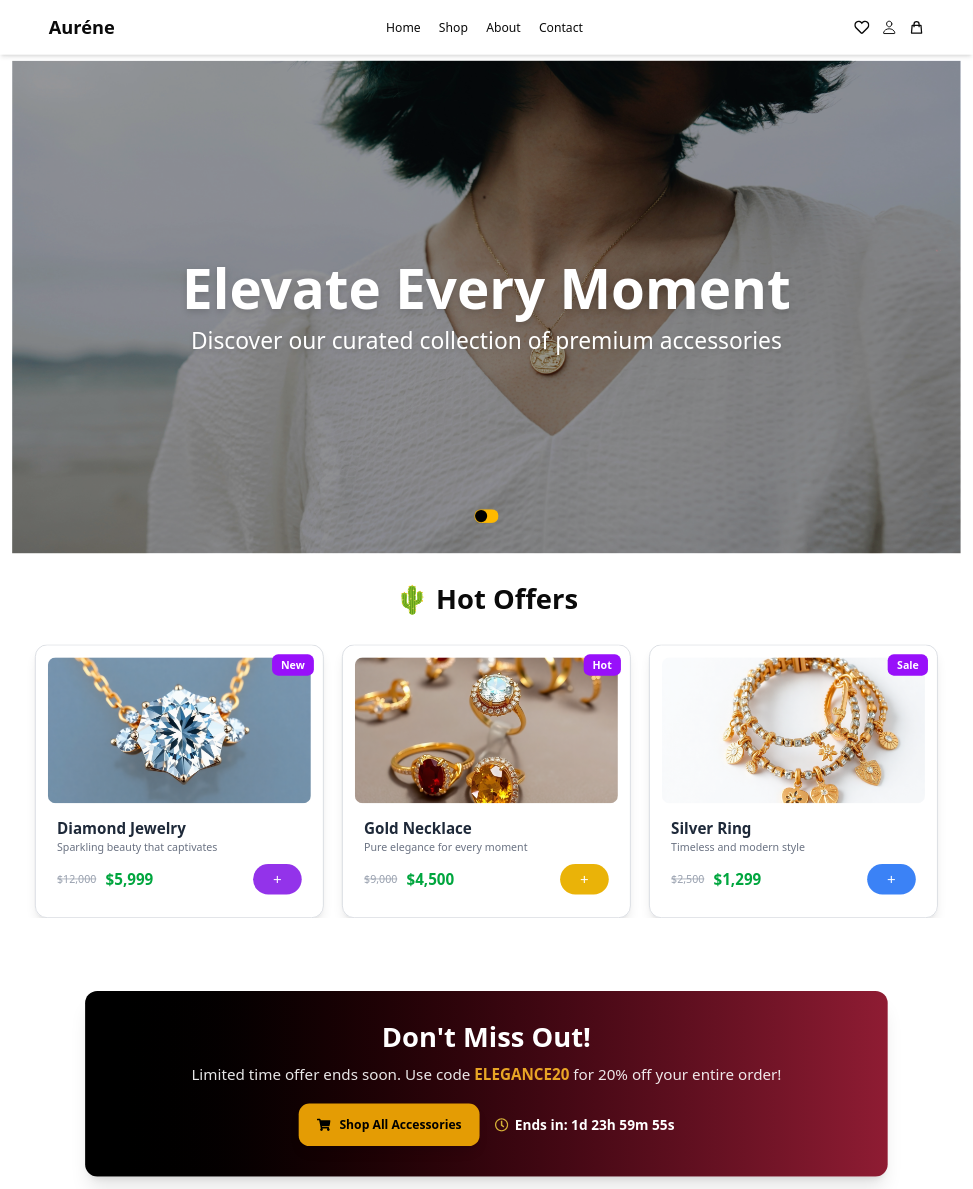
Repository: oehab30/Aur-ne-e-commerce-
Page: /
These files come from the project's save history. The page is drawn as it stood at one moment and after the next save; the edit follows.
The browser window is 1280 px wide. The pictures show the whole page, at 76% of full size.
The project was rebuilt for these pictures with package versions that can differ from the ones it lists, and the page was loaded fresh each time. Also part of the build but not shown: src/components/common/Tap.tsx, src/pages/Shop.tsx, src/pages/cart.tsx, src/pages/Profile.tsx, src/pages/About.tsx, src/pages/Contact.tsx, src/pages/Error.tsx, src/pages/Wishlist.tsx and 1 more. Imported but missing from the stored project, and not drawn on this page: src/components/ui/breadcrumb.tsx.

Above is the page before, as saved 2025-11-24 20:40:05.

After the next save:
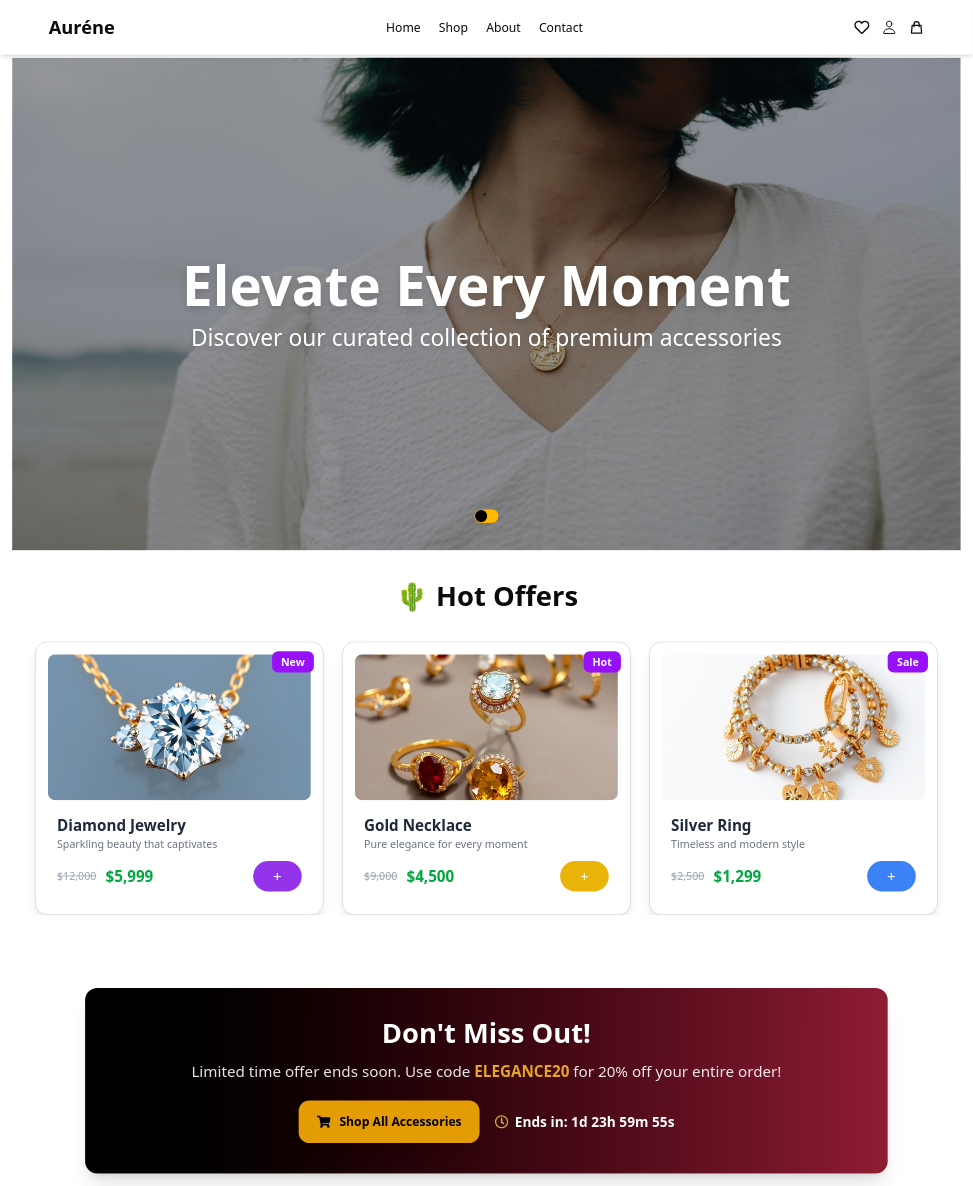
Saved 6 s later.
--- a/src/components/common/layout.tsx
+++ b/src/components/common/layout.tsx
@@ -8,7 +8,7 @@ function Layout() {
   return (
     <>
       <Navbar  />
-      <main className="min-h-screen p-4 pt-20">
+      <main className="min-h-screen p-4 pt-19">
 <Darkmode/>
         <Outlet />        {/* 👈 Page content changes here */}
       </main>
